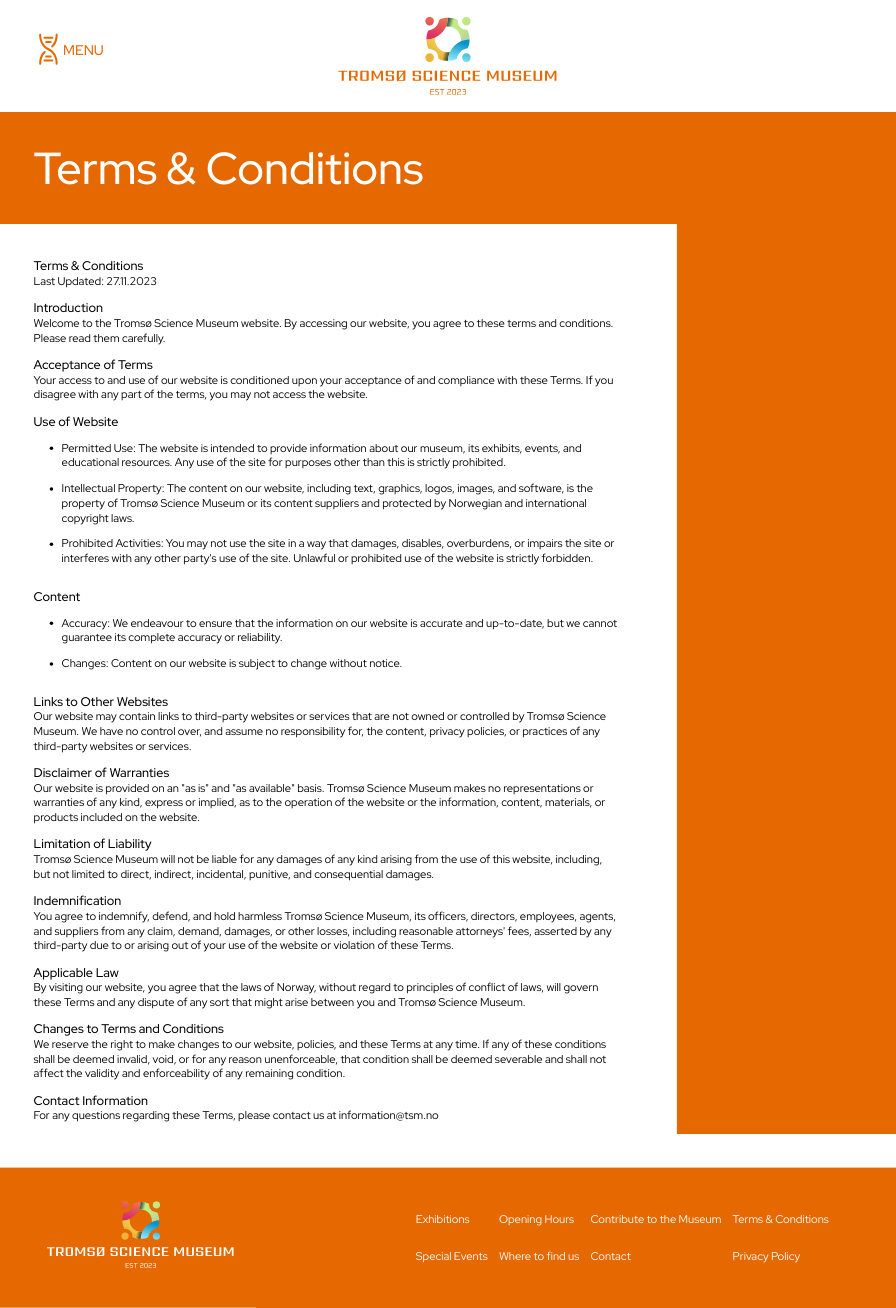
Repository: benjaminskarding/Semester-Project
Page: terms_conditions.html
The author's editor kept a copy of each file at every save. The page is drawn from the files as they stood at one save, then again after the next save.
The browser window is 1280 px wide. The pictures show the whole page, at 70% of full size.

Above is the page before, as saved 2023-11-29 16:31:22.

### terms_conditions.html
<!DOCTYPE html>
<html lang="en">
<head>
    <meta charset="UTF-8">
    <meta name="viewport" content="width=device-width, initial-scale=1.0">
    <link rel="stylesheet" href="/src/css/terms_conditions.css">
    <link rel="preconnect" href="https://fonts.googleapis.com">
    <link rel="preconnect" href="https://fonts.gstatic.com" crossorigin>
    <link href="https://fonts.googleapis.com/css2?family=Red+Hat+Display:wght@300;400;500;600;700;800&display=swap" rel="stylesheet">
    <title>Terms & Conditions</title>
</head>
<body>
    <header class="header-collection">
        <div class="header-wrapper">
            <nav class="header-main-nav">
                <div class="header-nav-left">
                    <a href="#menuOverlay" aria-label="Open Menu">
                        <img src="assets/images/icons/helixOrange.svg" class="menuIcon" alt="navigation menu icon">
                        <span class="orange">MENU</span>
                    </a>
                </div>
                <div class="header-nav-center-logo"></div>
                    <img class="logo" src="assets/images/logo/logoOrange.svg" alt="company logo">
                <div class="header-nav-right-placeholder">
                </div>
            </nav>
        </div>


        <!--Hamburger Menu Overlay-->
      <div class="hamburger-overlay" id="menuOverlay" aria-label="Menu overlay">

        <div class="overlay-header">
            <h3>MENU</h3>
            <a href="#closeOverlay" class="overlay-close-btn" aria-label="Close menu">&times;</a>
            <a id="closeOverlay"></a>

        </div>

        <div class="overlayOptionsContainer">
            <a href="index.html">
              <h5 class="menu-item">Home</h5>
            </a>
            <a href="exhibitions.html">
              <h5 class="menu-item">Exhibitions</h5>
          </a>
            <a href="special_events.html">
              <h5 class="menu-item">Special Events</h5>
          </a>
            <a href="contribute.html">
              <h5 class="menu-item">Contribute to the Museum</h5>
          </a>
            <a href="contact.html">
              <h5 class="menu-item">Contact</h5>
          </a>
            <a href="terms_conditions.html">
              <h5 class="menu-item">Terms & Conditions</h5>
          </a>
            <a href="privacy_policy.html">
              <h5 class="menu-item">Privacy Policy</h5>
          </a>
        </div>
        <div class="overlayLogoContainer">
            <img src="assets/images/logo/logo.svg" class="overlayLogo" alt="rainy days logo in hamburger overlay">
        </div>
      </div>
    </header>
        <div class="top-bar">
            <h3 class="medium">Terms & Conditions</h3>
        </div>
        <div class="main-content-container">
            <div class="main-content">
                <h6>Terms & Conditions</h6>
                <p>Last Updated: 27.11.2023</p>
                <h6>Introduction</h6>
                <p>Welcome to the Tromsø Science Museum website. By accessing our website, you agree to these terms and conditions. Please read them carefully.</p>
                <h6>Acceptance of Terms</h6>
                <p>Your access to and use of our website is conditioned upon your acceptance of and compliance with these Terms. If you disagree with any part of the terms, you may not access the website.</p>
                <h6>Use of Website</h6>
                <ul>
                    <li>Permitted Use: The website is intended to provide information about our museum, its exhibits, events, and educational resources. Any use of the site for purposes other than this is strictly prohibited.</li>
                    <li>Intellectual Property: The content on our website, including text, graphics, logos, images, and software, is the property of Tromsø Science Museum or its content suppliers and protected by Norwegian and international copyright laws.</li>
                    <li>Prohibited Activities: You may not use the site in a way that damages, disables, overburdens, or impairs the site or interferes with any other party's use of the site. Unlawful or prohibited use of the website is strictly forbidden.</li>
                </ul>
                <h6>Content</h6>
                <ul>
                    <li>Accuracy: We endeavour to ensure that the information on our website is accurate and up-to-date, but we cannot guarantee its complete accuracy or reliability.</li>
                    <li>Changes: Content on our website is subject to change without notice.</li>
                </ul>
                <h6>Links to Other Websites</h6>
                <p>Our website may contain links to third-party websites or services that are not owned or controlled by Tromsø Science Museum. We have no control over, and assume no responsibility for, the content, privacy policies, or practices of any third-party websites or services.</p>
                <h6>Disclaimer of Warranties</h6>
                <p>Our website is provided on an "as is" and "as available" basis. Tromsø Science Museum makes no representations or warranties of any kind, express or implied, as to the operation of the website or the information, content, materials, or products included on the website.</p>
                <h6>Limitation of Liability</h6>
                <p>Tromsø Science Museum will not be liable for any damages of any kind arising from the use of this website, including, but not limited to direct, indirect, incidental, punitive, and consequential damages.</p>
                <h6>Indemnification</h6>
                <p>You agree to indemnify, defend, and hold harmless Tromsø Science Museum, its officers, directors, employees, agents, and suppliers from any claim, demand, damages, or other losses, including reasonable attorneys' fees, asserted by any third-party due to or arising out of your use of the website or violation of these Terms.</p>
                <h6>Applicable Law</h6>
                <p>By visiting our website, you agree that the laws of Norway, without regard to principles of conflict of laws, will govern these Terms and any dispute of any sort that might arise between you and Tromsø Science Museum.</p>
                <h6>Changes to Terms and Conditions</h6>
                <p>We reserve the right to make changes to our website, policies, and these Terms at any time. If any of these conditions shall be deemed invalid, void, or for any reason unenforceable, that condition shall be deemed severable and shall not affect the validity and enforceability of any remaining condition.</p>
                <h6>Contact Information</h6>
                <p>For any questions regarding these Terms, please contact us at information@tsm.no</p>
            </div>
            <div class="sidebar"></div>
        </div>
        <footer id=desktop-footer class="footer">
            <div class="footer-container">
                  <!--footer left side-->
                  <a href="index.html" class="footer-left-container" aria-label="Back to homepage">
                    <img src="assets/images/logo/logo.svg" class="footer-logo" alt="company logo in footer">
                  </a>
                <!--footer center-->
                <div class="footer-center-container">
                  <div class="footer-column-1">
                    <p class="footer-titles">Exhibitions</p>
                    <p class="footer-titles">Special Events</p>
                  </div>
                  <div class="footer-column-2">
                    <p class="footer-titles">Opening Hours</p>
                    <p class="footer-titles">Where to find us</p>
                  </div>
                  <div class="footer-column-3">
                    <p class="footer-titles">Contribute to the Museum</p>
                    <p class="footer-titles">Contact</p>
                  </div>
                  <div class="footer-column-4">
                    <p class="footer-titles">Terms & Conditions</p>
                    <p class="footer-titles">Privacy Policy</p>
                  </div>
                </div>
            </div>
          </footer>
</body>
</html>

### src/css/terms_conditions.css
@import url(common.css);
@import url(_reset.css);
@import url(_variables.css);

.sidebar {
    display: flex;
    flex-direction: column;
    align-items: center;
    justify-content: flex-start;
    right: 0;
    width: 50rem;
    background-color: #E66800;
}

.main-content {
    display: flex;
    flex-direction: column;
    margin-left: 3rem;
    margin-top: 3rem;
}

.main-content p, li {
    margin-bottom: 1em;
    margin-right: 5em;
}

.reduce-margin {
    margin-top: -1em;
}

### src/css/common.css
body, html {
    height: 100%;
    margin: 0;
}

a {
    text-decoration: none;
    cursor: pointer;
    color: inherit;
}

/* common header, landing page has specific */

.header-collection {
    background-color: white;
    height: 160px;
}

.header-wrapper {
    margin-left: 3rem;
    margin-right: 3rem;
}

.logo {
    margin-top: 1.5rem;
}


.header-main-nav {
    display: flex;
    justify-content: space-between;
    align-items: center;
    width: 100%;
}



.header-nav-left {
    flex: 1;
    display: flex;
    align-items: center;
    font-size: 1.25rem;
    font-weight: var(--font-weight-medium);
}

.header-nav-left a {
    display: flex;
    justify-content: flex-start;
    align-items: center;
}

.header-nav-center-logo {
    flex: 0;
}

.header-nav-right-placeholder {
    flex: 1;
    display: flex;
    justify-content: flex-end;
}

/* Footer */

.footer{
    background-color: var(--color-secondary);
    height: 200px;
    display: flex;
    margin-top: 3rem;
}

.footer-container {
    display: flex;
    align-items: center;
    justify-content: space-between;
    margin-left: 3rem;
    margin-right: 3rem;
    width: 100%;
}


.footer-center-container {
    display: flex;
    gap: 1rem;
    margin-right: 3rem;
}

.footer-logo {
    height: 100px;
}

.footer-titles {
    display: flex;
    margin-bottom: 2rem;
    margin-top: 2rem;
    color: white;
}


/* Main content */

.main-content-container {
    display: flex;
}

.top-bar {
    display: flex;
    align-items: center;
    background-color: #E66800;
    width: 100%;
    height: 160px;
}

.top-bar h3 {
    margin-left: 3rem;
}

/* Hamburger overlay */

.hamburger-overlay {
    position: fixed;
    top: 320px;
    right: 0;
    width: 29.75rem;
    height: 100%;
    background-color: var(--color-secondary);
    z-index: 1000;
    visibility: hidden;
    opacity: 0;
    transition: opacity 0.3s, visibility 0.3s;
    display: flex;
    flex-direction: column;
    justify-content: space-between;
}

.overlay-header {
    display: flex;
    flex-direction: row;
    justify-content: space-between;
    align-items: center;
    text-align: center;
    margin-left: 1rem;
}

.hamburger-overlay:target {
    visibility: visible;
    opacity: 1;
}

.overlayOptionsContainer {
    flex-direction: column;
    height: 100%;
}

.menu-item {
    display: flex;
    justify-content: space-between;
    align-items: center;
    margin: 0 1rem;
    margin-top: 2rem;
    color: white;
}

.overlayTitle {
    display: flex;
    align-items: center;
    justify-content: flex-start;
    color: var(--color-primary);
    margin-bottom: 10px;
    margin-left: 1rem;
}

.overlayLogoContainer {
    display: flex;
    justify-content: center;
    margin-bottom: 2rem;
    margin-top: 1rem;
}

.overlayLogo {
    width: 50%;
}

.overlay-close-btn {
    padding-top: 10px;
    margin-left: 1rem;
    color: white;
    font-size: 2rem;
    background: none;
    border: none;
    cursor: pointer;
}

/* misc */
.separatorLine{
    border-bottom: 1px solid white;
    margin-bottom: 10px;
    margin-top: 10px;
  }

### src/css/_reset.css
*, *:before, *:after {
    box-sizing: inherit;
  }

  body {
    box-sizing: border-box;
    min-height: 100vh;
    margin: 0;
  }

### src/css/_variables.css
:root{
    --color-primary: white;
    --color-secondary: #E66800;

    --font-primary: 'Red Hat Display', sans-serif;
    --font-size: 16px;
    --font-weight-regular: 400;
    --font-weight-medium: 500;
    --font-weight-semibold: 600;
    --font-weight-bold: 700;
}

.medium {
    font-weight: 500
}

.regular {
    font-weight: 400;
}

.semibold {
    font-weight: 600;
}

strong, .bold {
    font-weight: var(--font-weight-bold)
}

body {
    font-family: var(--font-primary)
}

.white {
    color:white;
}

.orange {
    color: var(--color-secondary)
}

h1,h2,h3,h4 {
    color: var(--color-primary)
}

h1,h2,h3,h4,h5,h6,p {
    font-family: var(--font-primary);
    margin: 0;
    padding: 0;
}

h3 {
    font-size: 4rem; /* 64px */
}

h5 {
    font-size: 1.25rem; /*20px*/
    font-weight: var(--font-weight-medium);
}

h6 {
    font-size: 1.125rem; /*18px*/
    font-weight: var(--font-weight-medium)
}

After the next save:
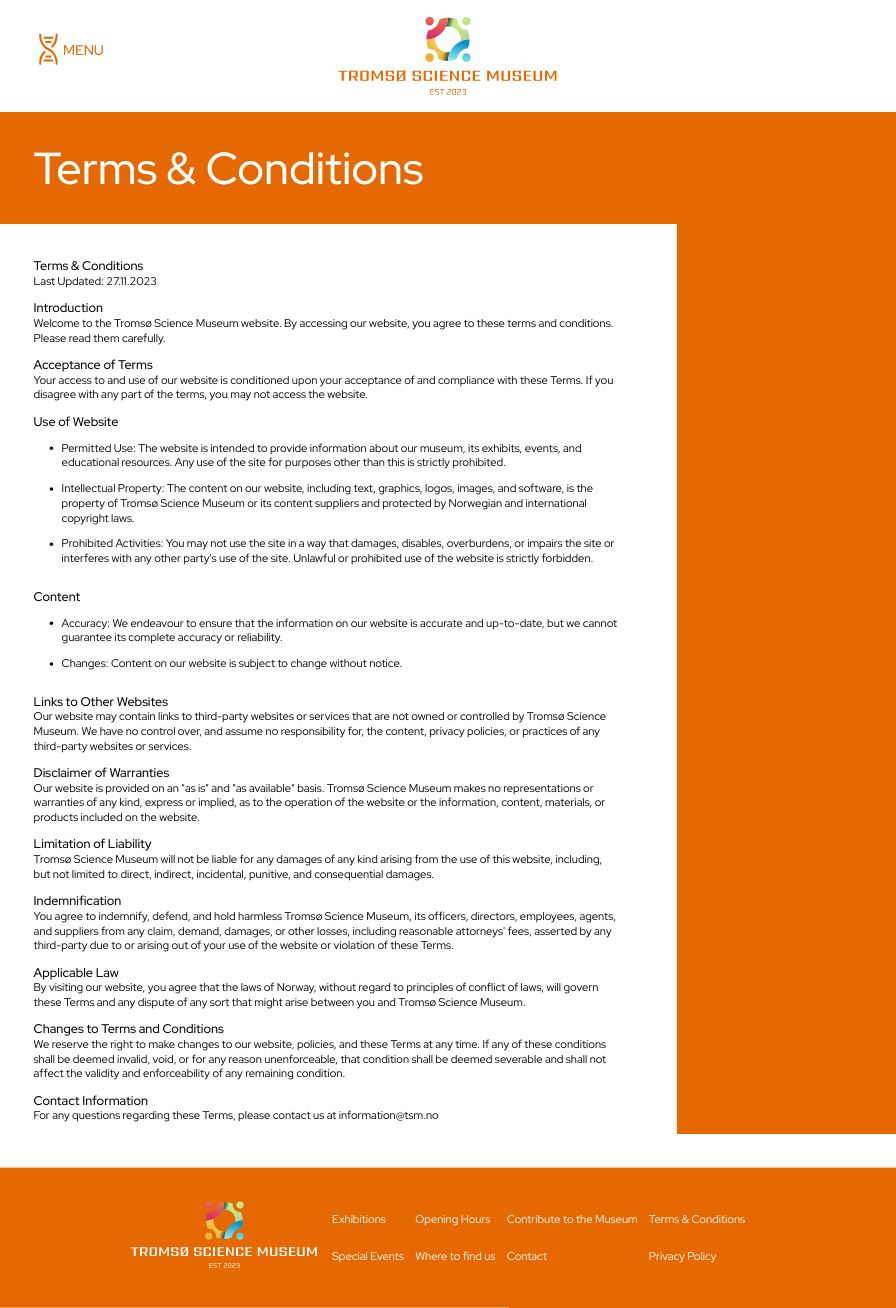
Saved 18 s later.
--- a/src/css/common.css
+++ b/src/css/common.css
@@ -71,7 +71,7 @@
 .footer-container {
     display: flex;
     align-items: center;
-    justify-content: space-between;
+    justify-content: center;
     margin-left: 3rem;
     margin-right: 3rem;
     width: 100%;
@@ -189,10 +189,3 @@
     border: none;
     cursor: pointer;
 }
-
-/* misc */
-.separatorLine{
-    border-bottom: 1px solid white;
-    margin-bottom: 10px;
-    margin-top: 10px;
-  }

After the save that followed:
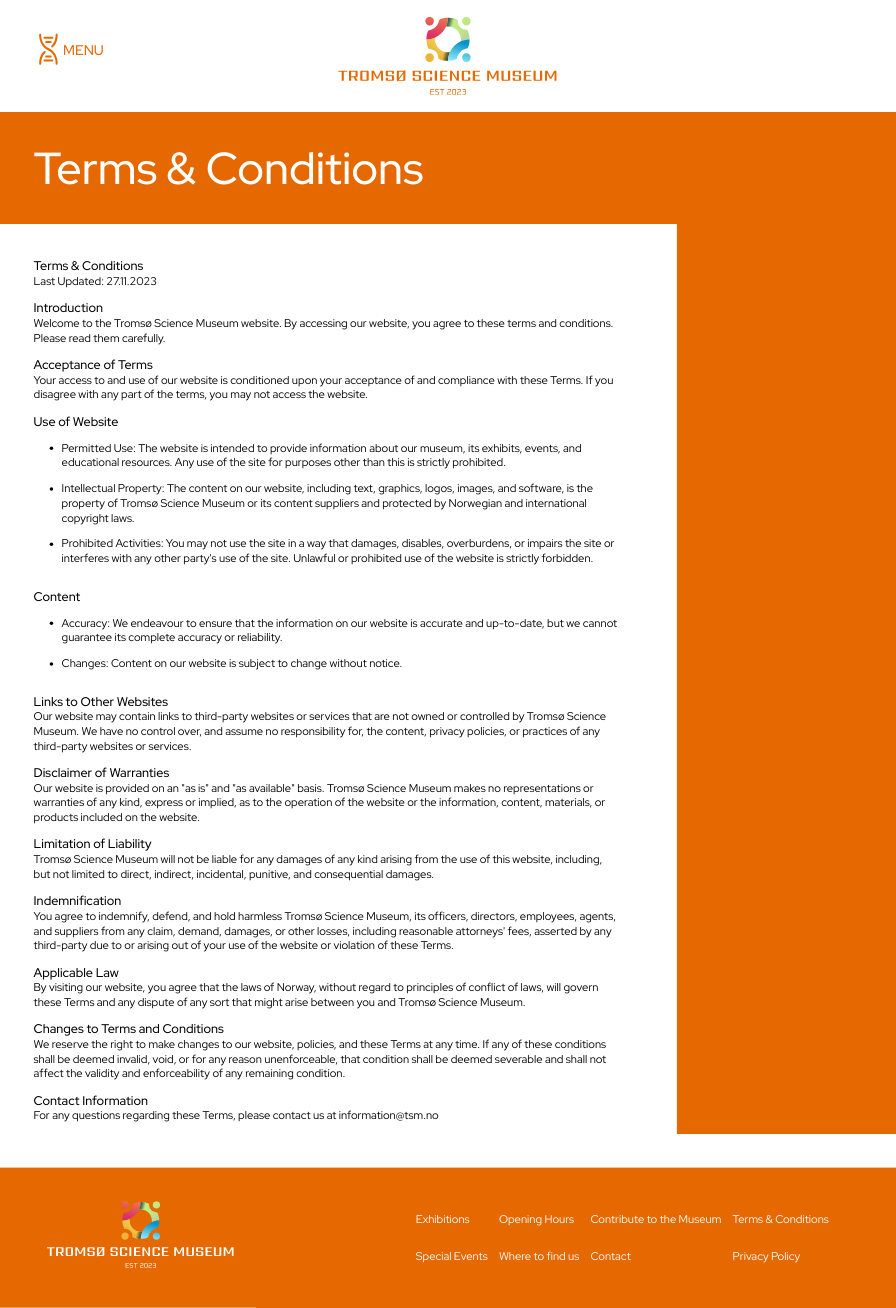
Saved 4 s later.
--- a/src/css/common.css
+++ b/src/css/common.css
@@ -71,7 +71,7 @@
 .footer-container {
     display: flex;
     align-items: center;
-    justify-content: center;
+    justify-content: space-between;
     margin-left: 3rem;
     margin-right: 3rem;
     width: 100%;
